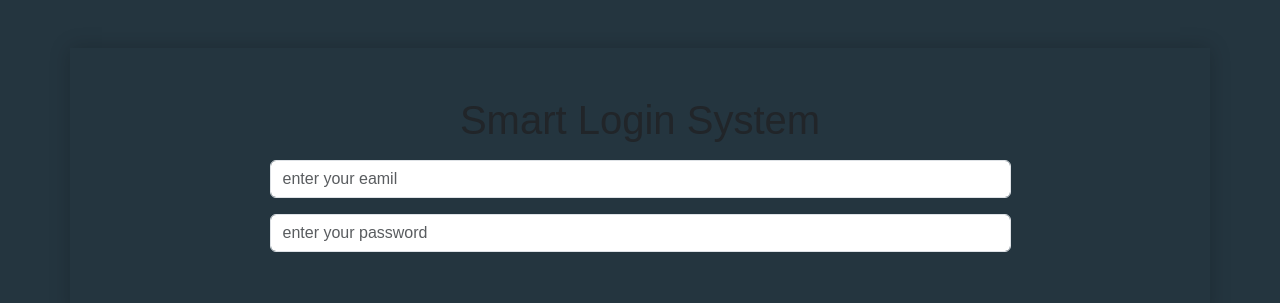
Repository: bodajava/TASK-4
Page: index.html
These files come from the project's save history. The page is drawn as it stood at one moment and after the next save; the edit follows.
The browser window is 1280 px wide. The pictures show the whole page.

Above is the page before, as saved 2025-06-16 18:38:33.

After the next save:
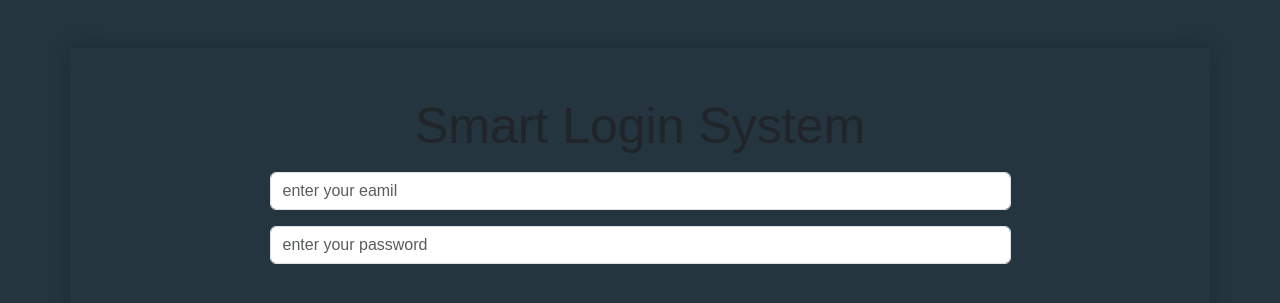
Saved 2 min 38 s later.
--- a/CSS/style.css
+++ b/CSS/style.css
@@ -20,3 +20,9 @@ body {
 .form-control:focus {
   box-shadow: 0 0 0;
 }
+
+h1 {
+  font-size: 50px;
+  line-height: 60px;
+  font-weight: 500;
+}

After the save that followed:
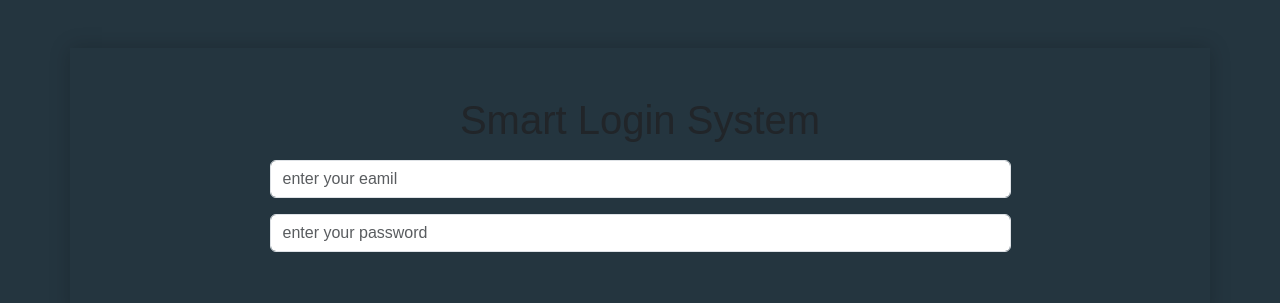
Saved 11 s later.
--- a/CSS/style.css
+++ b/CSS/style.css
@@ -22,7 +22,4 @@ body {
 }
 
 h1 {
-  font-size: 50px;
-  line-height: 60px;
-  font-weight: 500;
 }
